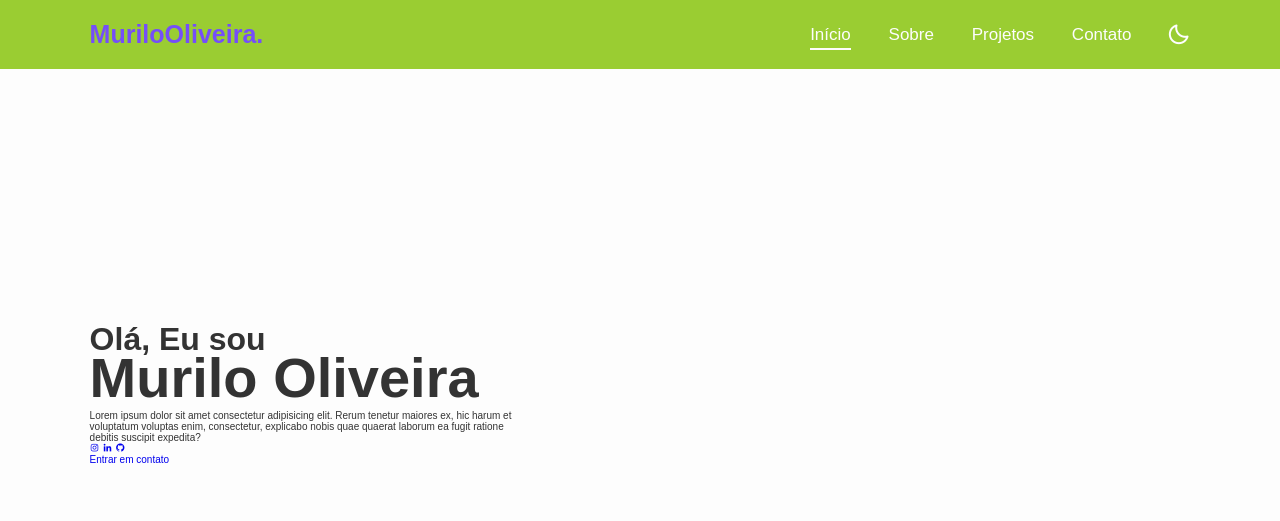
Repository: devMuriloOliveira/Portfolio-
Page: index.html
The author's editor kept a copy of each file at every save. The page is drawn from the files as they stood at one save, then again after the next save.
The browser window is 1280 px wide. The pictures show the whole page.

Above is the page before, as saved 2023-03-10 15:56:37.

After the next save:
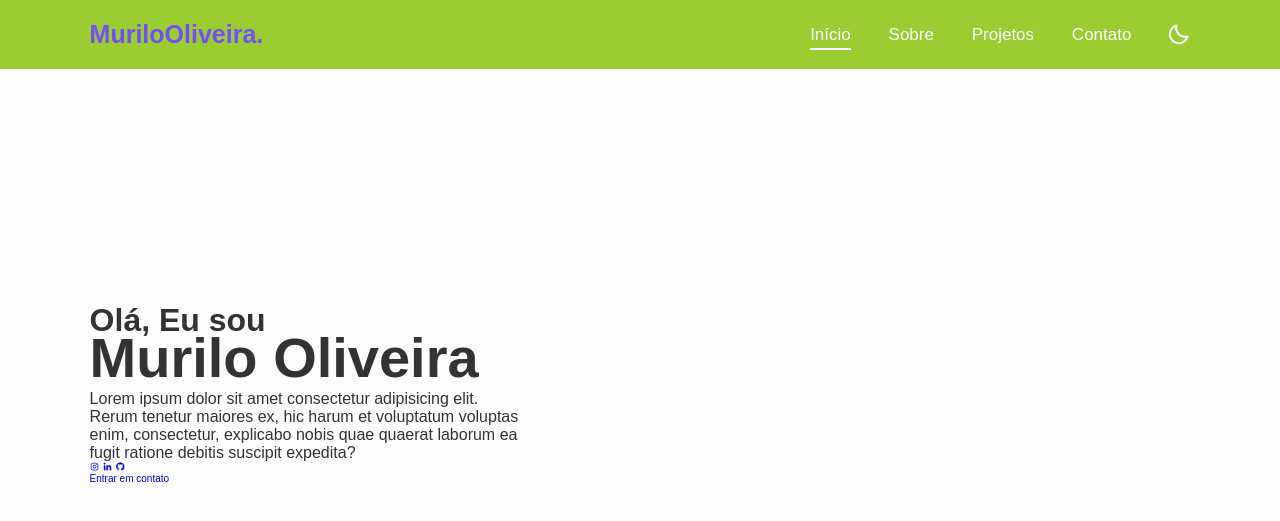
Saved 46 s later.
--- a/style.css
+++ b/style.css
@@ -95,3 +95,7 @@ section{
   font-size: 5.6rem;
   font-weight: 700;
 }
+
+.inicio-content p{
+  font-size: 1.6rem;
+}
